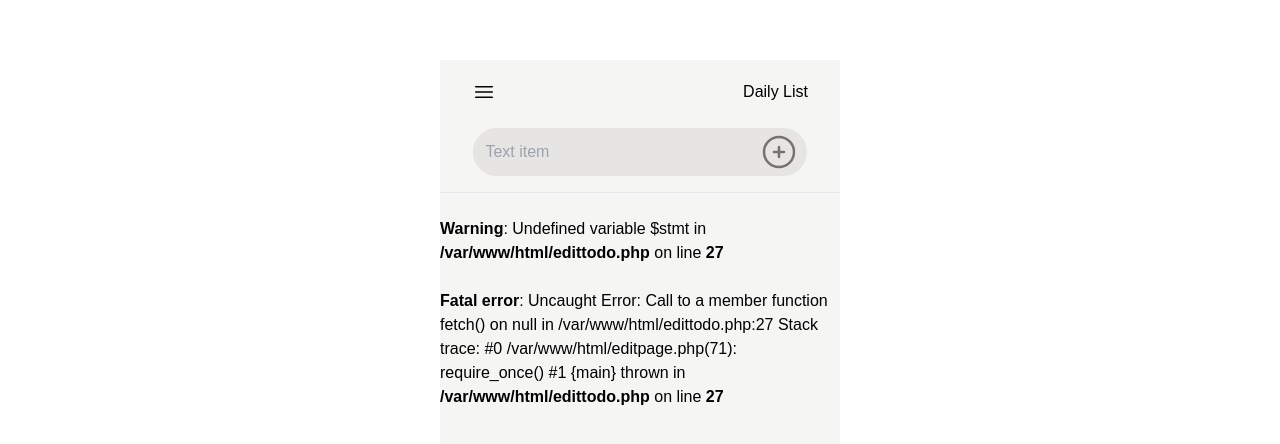
Repository: hsumyatm7308/TodolistbyPHP
Page: http://localhost/editpage.php
The author's editor kept a copy of each file at every save. The page is drawn from the files as they stood at one save, then again after the next save.
The browser window is 1280 px wide. The pictures show the whole page.
Some web libraries are served in a nearby version. The page is run by PHP 8.4 with error messages shown; the project is at /var/www/html/.

Above is the page before, as saved 2023-07-11 22:38:42.

### editpage.php
<!DOCTYPE html>
<html lang="en">

<head>
    <meta charset="UTF-8">
    <meta name="viewport" content="width=device-width, initial-scale=1.0">
    <title>To Do List</title>
    <link rel="stylesheet" href="https://cdnjs.cloudflare.com/ajax/libs/font-awesome/6.4.0/css/all.min.css">
    <script src="https://cdn.tailwindcss.com"></script>

    <style>
        * {
            font-family: sans-serif;
        }

        .scrollbar-hide::-webkit-scrollbar {
            display: none;
        }
    </style>

</head>

<body>
    <div class="w-screen h-screen container flex justify-center items-center">
        <div class="w-[400px] h-[600px] bg-stone-100">
            <!-- header nav  -->
            <div class="w-full h-14 flex justify-between items-center p-8">
                <div>
                    <svg xmlns="http://www.w3.org/2000/svg" fill="none" viewBox="0 0 24 24" stroke-width="1.5"
                        stroke="currentColor" class="w-6 h-6">
                        <path stroke-linecap="round" stroke-linejoin="round"
                            d="M3.75 6.75h16.5M3.75 12h16.5m-16.5 5.25h16.5" />
                    </svg>

                </div>
                <div>
                    <h4> Daily List</h4>
                </div>
            </div>




            <form action="" method="post" enctype="multipart/form-data" id="todoForm">

                <div class="w-full h-auto flex justify-center items-center p-1">
                    <div class="w-[85%] h-auto bg-stone-200 flex justify-between items-center rounded-3xl">
                        <input type="text" name="textbox"
                            class="w-[85%] bg-stone-200 rounded-tl-3xl rounded-bl-3xl p-3 focus:outline-none"
                            placeholder="Text item">


                        <button type="submit" name="submit" id="submitBtn">
                            <svg xmlns="http://www.w3.org/2000/svg" fill="none" viewBox="0 0 24 24" stroke-width="1.5"
                                stroke="currentColor" class="w-10 h-10 mr-2 text-stone-500 hover:text-stone-600">
                                <path stroke-linecap="round" stroke-linejoin="round"
                                    d="M12 9v6m3-3H9m12 0a9 9 0 11-18 0 9 9 0 0118 0z" />
                            </svg>
                        </button>

                    </div>
                </div>
                <hr class="mt-3">
            </form>



            <div class="w-full h-[500px] overflow-y-scroll scrollbar-hide">
              <?php

              require_once("edittodo.php");

              ?>

            </div>







        </div>
    </div>










</body>

</html>

### edittodo.php
<?php
ini_set('display_errors', 1);
require_once("database.php");


if(isset($_POST['edit-task'])){

    $editid = $_POST['edit-task'];

    try {
        $stmt = $conn->prepare("SELECT id, task FROM todolist WHERE id = :editid");
        $stmt->bindParam(":editid",$editid);
        $stmt->execute();
    } catch (Exception $e) {
        echo "Found Error: " . $e->getMessage();
    }

    echo $editid."edit";
}



?>



<?php while ($row = $stmt->fetch()): ?>
    <div name="taskitems" class="w-full h-auto flex justify-center items-center p-1">
        <div class="w-[85%] h-auto bg-stone-200 flex justify-between items-center p-3">
            <span>
                <button class="complete-check">
                    <i class="fa-regular fa-circle-check"></i>
                </button>
                <span class="ml-1">
                    <?php echo $row['task'] ?>
                </span>
            </span>
            <div class="flex justify-center items-center">
                <form action="editpage.php" class="edit-form" method="post">
                    <a  class="mr-4" type="submit" name="edit-task" value="<?php echo $row['id']; ?>">
                        <!-- <svg xmlns="http://www.w3.org/2000/svg" fill="none" viewBox="0 0 24 24" stroke-width="1.5"
                            stroke="currentColor" class="w-6 h-6">
                            <path stroke-linecap="round" stroke-linejoin="round"
                                d="M16.862 4.487l1.687-1.688a1.875 1.875 0 112.652 2.652L10.582 16.07a4.5 4.5 0 01-1.897 1.13L6 18l.8-2.685a4.5 4.5 0 011.13-1.897l8.932-8.931zm0 0L19.5 7.125M18 14v4.75A2.25 2.25 0 0115.75 21H5.25A2.25 2.25 0 013 18.75V8.25A2.25 2.25 0 015.25 6H10" />
                        </svg> -->
                        UPDATE
                    </a>
                </form>

            </div>
        </div>
    </div>
<?php endwhile; ?>

### database.php
<?php

$dbhost = 'localhost';
$dbuser = 'root';
$dbpass = '';
$dbname = 'hmmdb';


try{

    $conn = new PDO("mysql:host=$dbhost;dbname=$dbname", $dbuser, $dbpass);
    $conn->setAttribute(PDO::ATTR_ERRMODE, PDO::ERRMODE_EXCEPTION);

    // echo "Connection successful";


}catch(Exception $e){
    "Error Found:".$e->getMessage();
}




?>

After the next save:
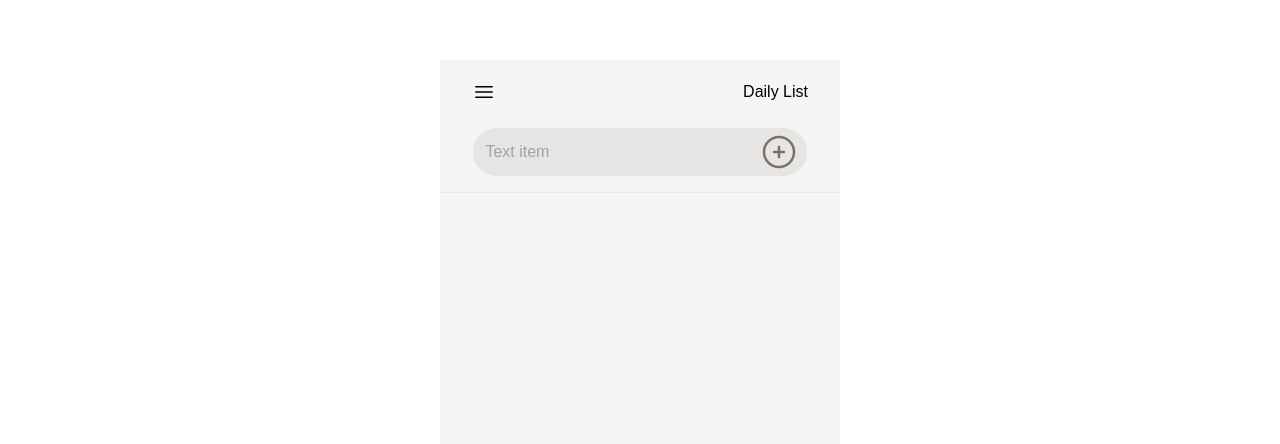
Saved 88 s later.
--- a/edittodo.php
+++ b/edittodo.php
@@ -21,33 +21,3 @@ if(isset($_POST['edit-task'])){
 
 
 ?>
-
-
-
-<?php while ($row = $stmt->fetch()): ?>
-    <div name="taskitems" class="w-full h-auto flex justify-center items-center p-1">
-        <div class="w-[85%] h-auto bg-stone-200 flex justify-between items-center p-3">
-            <span>
-                <button class="complete-check">
-                    <i class="fa-regular fa-circle-check"></i>
-                </button>
-                <span class="ml-1">
-                    <?php echo $row['task'] ?>
-                </span>
-            </span>
-            <div class="flex justify-center items-center">
-                <form action="editpage.php" class="edit-form" method="post">
-                    <a  class="mr-4" type="submit" name="edit-task" value="<?php echo $row['id']; ?>">
-                        <!-- <svg xmlns="http://www.w3.org/2000/svg" fill="none" viewBox="0 0 24 24" stroke-width="1.5"
-                            stroke="currentColor" class="w-6 h-6">
-                            <path stroke-linecap="round" stroke-linejoin="round"
-                                d="M16.862 4.487l1.687-1.688a1.875 1.875 0 112.652 2.652L10.582 16.07a4.5 4.5 0 01-1.897 1.13L6 18l.8-2.685a4.5 4.5 0 011.13-1.897l8.932-8.931zm0 0L19.5 7.125M18 14v4.75A2.25 2.25 0 0115.75 21H5.25A2.25 2.25 0 013 18.75V8.25A2.25 2.25 0 015.25 6H10" />
-                        </svg> -->
-                        UPDATE
-                    </a>
-                </form>
-
-            </div>
-        </div>
-    </div>
-<?php endwhile; ?>
